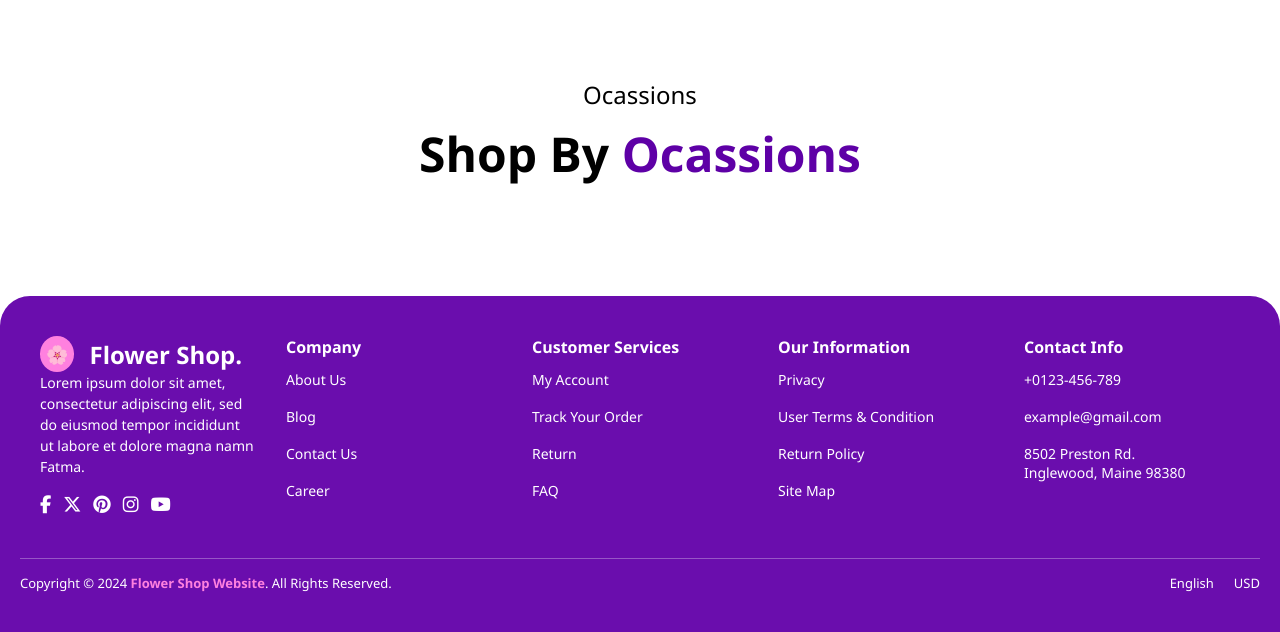
Repository: HabibaYossre/BellaFlora-Store
Page: / (app in client/)
An editor plug-in stored every save of this project. The page is shown before and after the next save, followed by the edit.
The browser window is 1280 px wide. The pictures show the part of the page from y = 721 to 1673 px (the page is 1353 px tall before and 1687 px after).
The project was rebuilt for these pictures with package versions that can differ from the ones it lists, and the page was loaded fresh each time. Also part of the build but not shown: client/src/components/registration/Login.js, client/src/components/registration/SignUp.js, client/src/components/home/Home.css, client/src/components/Subscribe/Subscribe.css, client/src/components/Subscribe/Subscribe.js, client/src/components/Marquee/Marquee.css, client/src/components/Marquee/Marquee.js, client/src/components/Shipping/Shipping.css and 34 more.

Above is the page before, as saved 2025-08-31 01:28:21.

After the next save:
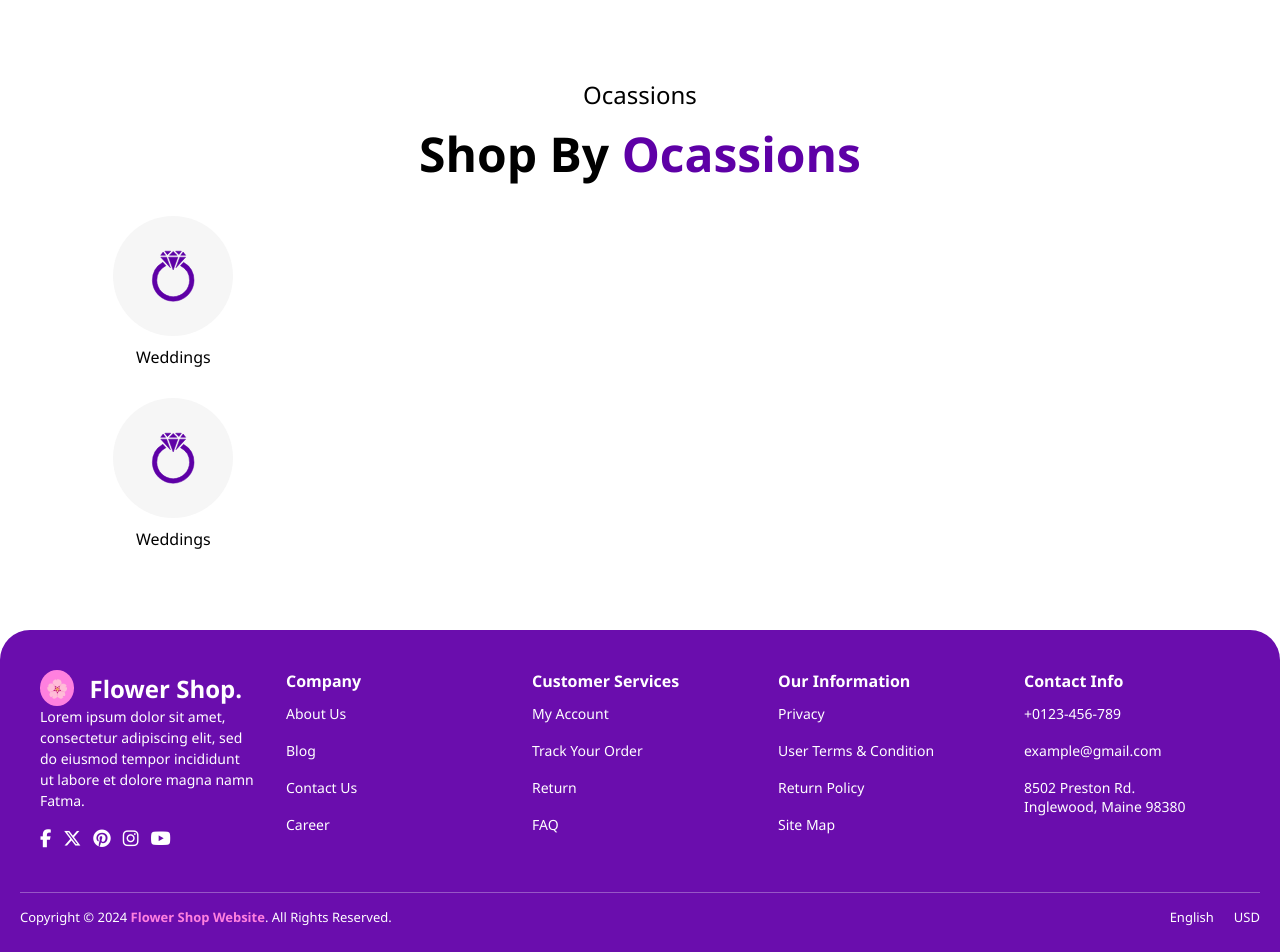
Saved 9 s later.
--- a/client/src/components/occasions/Ocassions.js
+++ b/client/src/components/occasions/Ocassions.js
@@ -1,5 +1,7 @@
 import React from "react";
 import "./Occasions.css";
+import { GiBigDiamondRing } from "react-icons/gi";
+
 function Ocassions() {
   return (
     <div className="ocassions-container">
@@ -10,7 +12,18 @@ function Ocassions() {
 
       <div className="ocassions-types">
         <div className="ocasssion">
-            <div className="-container"></div>
+            <div className="icon-container">
+                <GiBigDiamondRing />
+            </div>
+            <div className="ocasssion-name">Weddings</div>
+        </div>
+      </div>
+      <div className="ocassions-types">
+        <div className="ocasssion">
+            <div className="icon-container">
+                <GiBigDiamondRing />
+            </div>
+            <div className="ocasssion-name">Weddings</div>
         </div>
       </div>
     </div>
